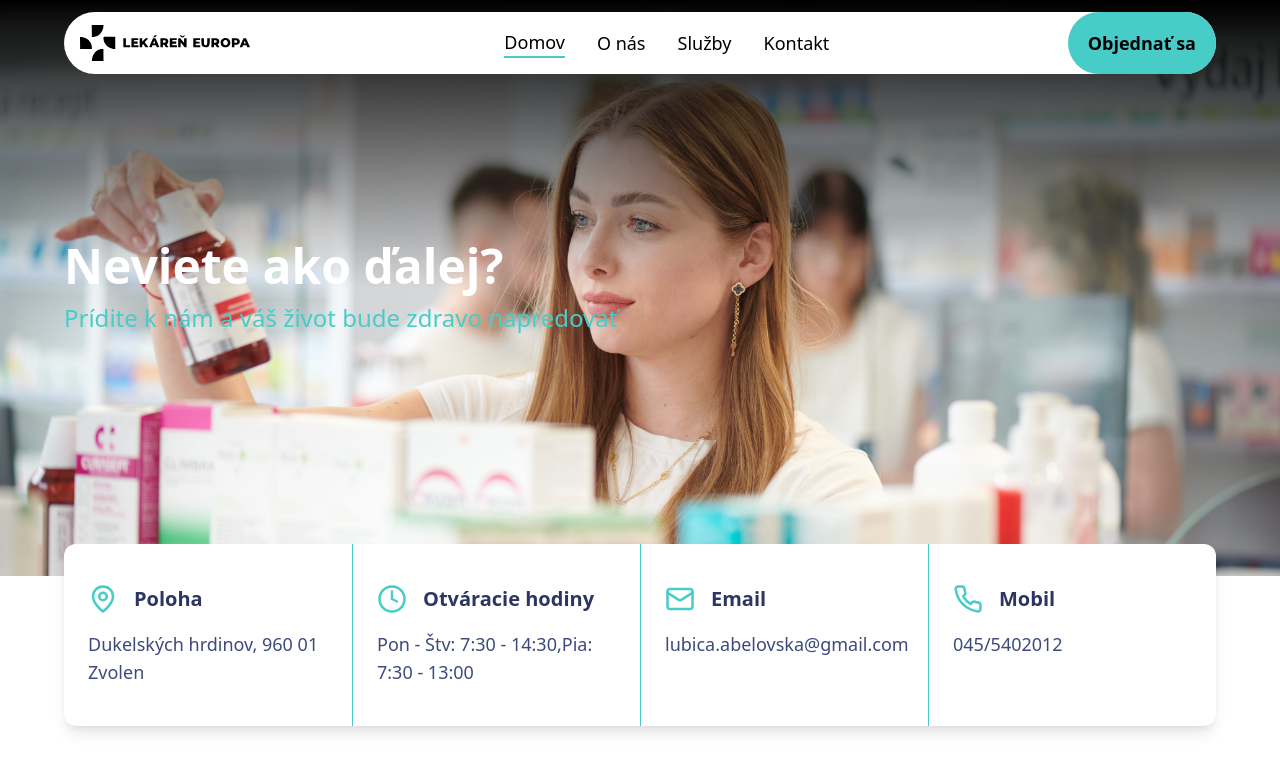
Repository: SimonSkoda13/Lekaren
Page: /
The author's editor kept a copy of each file at every save. The page is drawn from the files as they stood at one save, then again after the next save.
The browser window is 1280 px wide. The pictures show the whole page.
The project was rebuilt for these pictures with package versions that can differ from the ones it lists, and the page was loaded fresh each time. The framework's server and built-in components were replaced by stand-ins that run in the browser. Also part of the build but not shown: next.config.js.

Above is the page before, as saved 2023-04-22 20:40:35.

After the next save:
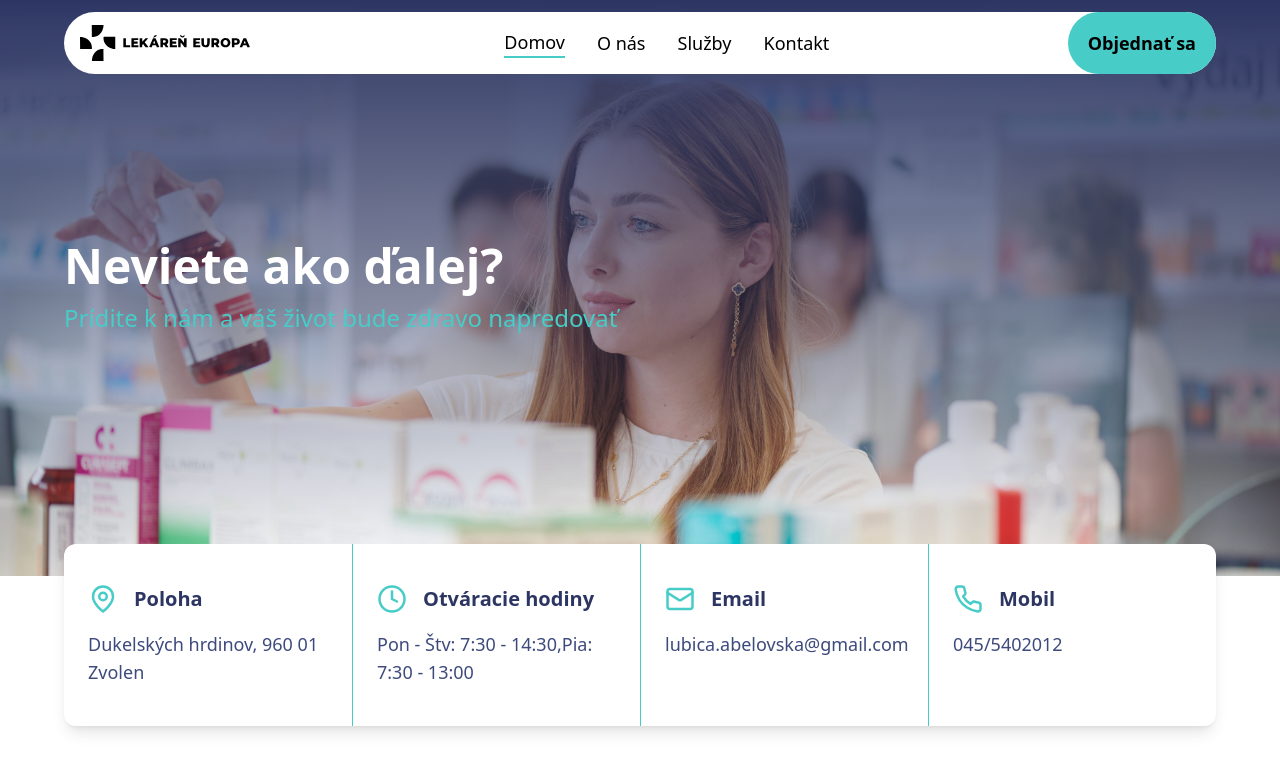
Saved 55 s later.
--- a/src/app/components/HomeHero/ImageGradient/ImageGradient.tsx
+++ b/src/app/components/HomeHero/ImageGradient/ImageGradient.tsx
@@ -8,7 +8,7 @@ export const ImageGradient = (props: ImageGradientProps) => {
   const { children } = props;
   return (
     <div className="relative w-full h-full overflow-hidden z-10">
-      <div className="absolute inset-0 z-10 bg-gradient-to-b from-black via-transparent to-transparent"></div>
+      <div className="absolute inset-0 z-10 bg-gradient-to-b from-secondary"></div>
       {children}
     </div>
   );
